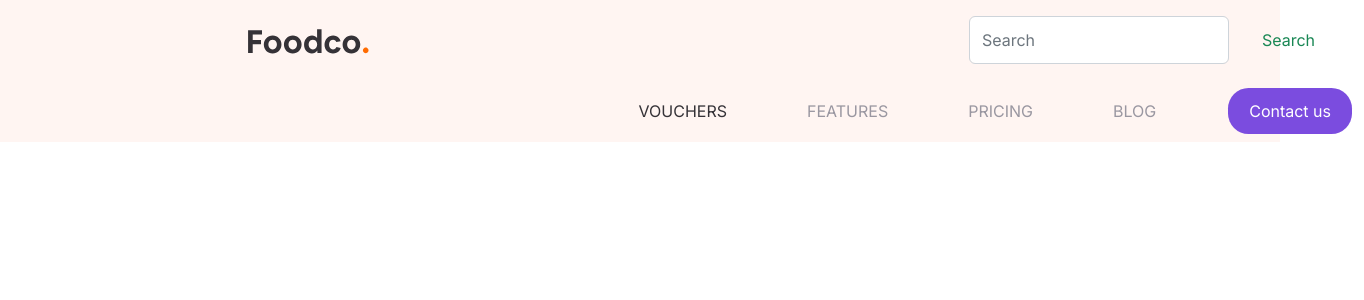
Repository: badhon252/Foodco
Page: index.html
These files come from the project's save history. The page is drawn as it stood at one moment and after the next save; the edit follows.
The browser window is 1280 px wide. The page is 1364 px wide, so the pictures cover 1364 px, including what lies to the right of the window. The pictures show the whole page.
The style sheet was rebuilt from its Sass, Less or Tailwind sources for each picture, by a compiler version that may differ from the author's.

Above is the page before, as saved 2022-09-15 15:13:12.

After the next save:
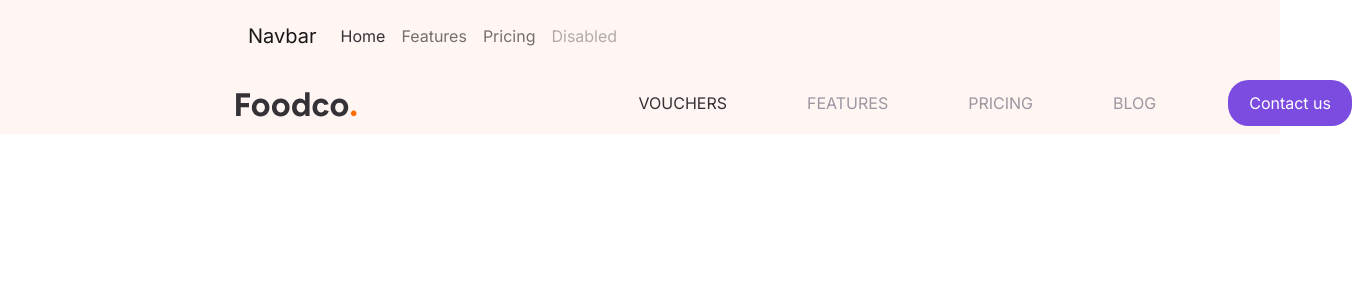
Saved 83 s later.
--- a/index.html
+++ b/index.html
@@ -20,19 +20,42 @@
     <main id="header">
         <header class="container">
 
-            <nav class="navbar py-3">
+
+
+
+
+
+            <nav class="navbar navbar-expand-lg py-3">
                 <div class="container-fluid">
-                    <a class="navbar-brand"><img src="./image/logo.svg" alt=""></a>
-                    <form class="d-flex" role="search">
-                        <input class="form-control me-2" type="search" placeholder="Search" aria-label="Search">
-                        <button class="btn btn-outline-success" type="submit">Search</button>
-                    </form>
+                    <a class="navbar-brand" href="#">Navbar</a>
+                    <button class="navbar-toggler" type="button" data-bs-toggle="collapse" data-bs-target="#navbarNav"
+                        aria-controls="navbarNav" aria-expanded="false" aria-label="Toggle navigation">
+                        <span class="navbar-toggler-icon"></span>
+                    </button>
+                    <div class="collapse navbar-collapse" id="navbarNav">
+                        <ul class="navbar-nav">
+                            <li class="nav-item">
+                                <a class="nav-link active" aria-current="page" href="#">Home</a>
+                            </li>
+                            <li class="nav-item">
+                                <a class="nav-link" href="#">Features</a>
+                            </li>
+                            <li class="nav-item">
+                                <a class="nav-link" href="#">Pricing</a>
+                            </li>
+                            <li class="nav-item">
+                                <a class="nav-link disabled">Disabled</a>
+                            </li>
+                        </ul>
+                    </div>
                 </div>
             </nav>
 
+
+
             <nav class="navbar ">
                 <div class="navbar-brand">
-
+                    <img src="./image/logo.svg" alt="">
                 </div>
                 <ul class="nav">
                     <li class="nav-item"><a href="" class="nav-link link active">Vouchers</a></li>
